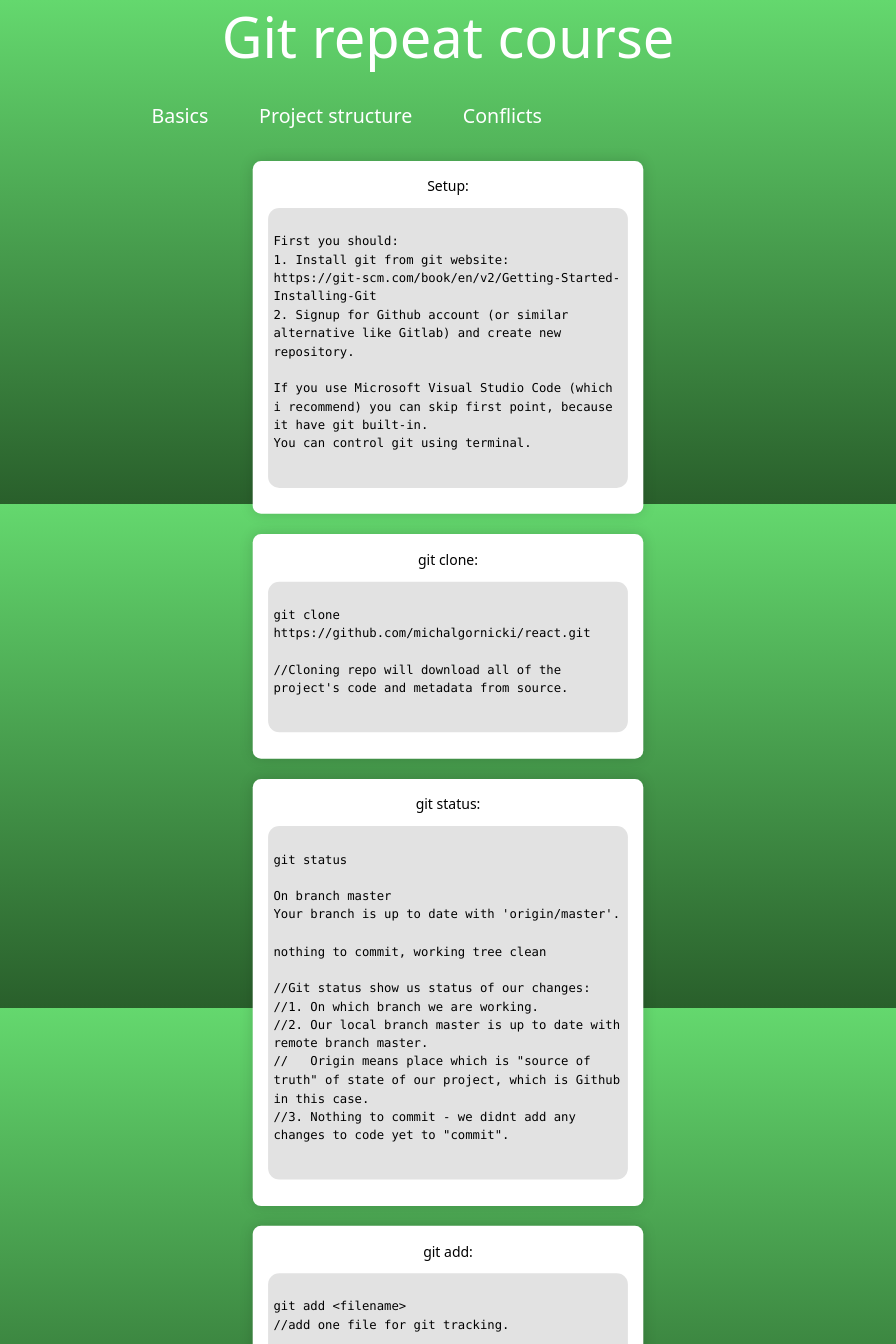
Repository: michalgornicki/git
Page: /#/
These files come from the project's save history. The page is drawn as it stood at one moment and after a run of saves; the edit follows.
The browser window is 1280 px wide. The pictures show the part of the page from y = 0 to 1920 px (the page is 10103 px tall), at 70% of full size.
Backgrounds fixed to the window are drawn as part of the page. The project was rebuilt for these pictures with package versions that can differ from the ones it lists, and the page was loaded fresh each time. Imported but missing from the stored project, and not drawn on this page: src/components/DOM manipulation.jsx, src/components/async.jsx, src/components/loops.jsx, src/components/numbers.jsx, src/components/variables.jsx, src/components/window.jsx.

Above is the page before, as saved 2022-02-10 13:30:35.

### src/App.jsx
import React from "react";
import "./App.css";
import "bootstrap/dist/css/bootstrap.min.css";
import { Route, HashRouter as Router, Routes, Link } from "react-router-dom";
import Arrays from "./components/arrays.jsx"
import Variables from "./components/variables.jsx"
import Numbers from "./components/numbers.jsx"
import Loops from "./components/loops.jsx"
import Async from "./components/async.jsx"
import DOM from "./components/DOM manipulation.jsx"
import Window from "./components/window.jsx"

function App() {


  return (


    <Router>
    <div className="text-center">
      <div className="display-1 mt-1 mb-5 text-white">Git repeat course</div>

      <div className="h3 d-flex w-75 m-auto my-5 justify-content-evenly flex-wrap text-white">

      <Link className="link-style mx-3" to="/">Basics</Link>
      <Link className="link-style mx-3" to="/Numbers">Project structure</Link>
      <Link className="link-style mx-3" to="/Variables">Conflicts</Link>
      <Link className="link-style mx-3" to="/Loops"></Link>
      <Link className="link-style mx-3" to="/Async"></Link>
      <Link className="link-style mx-3" to="/DOM"></Link>
      <Link className="link-style mx-3" to="/Window"></Link>


      </div>

      <Routes>
          <Route path="/" element={<Arrays />} />
          <Route path="/Numbers" element={<Numbers />} />
          <Route path="/Variables" element={<Variables />} />
          <Route path="/Loops" element={<Loops />} />
          <Route path="/Async" element={<Async />} />
          <Route path="/DOM" element={<DOM />} />
          <Route path="/Window" element={<Window />} />
        </Routes>


    </div>
    </Router>
  );
}

export default App;

### src/App.css
@import url('https://fonts.googleapis.com/css2?family=Catamaran:wght@400&display=swap');

body{
    font-family: 'Catamaran', sans-serif;
    overflow-x: hidden;
    padding-bottom: 80vh;
    height: auto;
    background: linear-gradient(rgb(100, 216, 110), rgb(41, 95, 43));
    background-attachment: fixed;
}

.js-item{
    color:rgb(0, 0, 0);
    font-size: 1.25rem;
    background-color: rgb(255, 255, 255);
    transition: 0.2s;
    padding: 3vh;
    margin-bottom: 4vh!important;
    width: 50%;
    margin-left: auto;
    margin-right: auto;
    box-shadow: 0px 0px 20px rgba(0, 0, 0, 0.15);
    border-radius: 0.75rem;
}

.text-pink{
    padding: 0.5rem;
    margin-top: 1rem;
    margin-bottom: 1rem;
    color:rgb(0, 0, 0)!important;
    font-size: 1.25rem;
    border-radius: 1rem;
    text-align: left;
    background-color: rgb(226, 226, 226);
}

pre {
    white-space: pre-wrap;       /* css-3 */
    white-space: -moz-pre-wrap;  /* Mozilla, since 1999 */
    white-space: -pre-wrap;      /* Opera 4-6 */
    white-space: -o-pre-wrap;    /* Opera 7 */
    word-wrap: break-word;       /* Internet Explorer 5.5+ */
   }

.link-style{
    color: inherit;
    text-decoration: inherit;
}

.link-style:hover{
    color: rgb(255, 138, 84);
}

@media only screen and (max-device-width: 600px), (max-width: 600px) {

    .js-item{
        width: 95%;
    }

}

### src/components/arrays.jsx
const Arrays = () => {
  return (
    <div className="container">
      <div className="js-item">
        {" "}
        <div className="">Setup: </div>
        <div className="text-pink">
          <pre>{`
First you should:
1. Install git from git website:
https://git-scm.com/book/en/v2/Getting-Started-Installing-Git
2. Signup for Github account (or similar alternative like Gitlab) and create new repository.

If you use Microsoft Visual Studio Code (which i recommend) you can skip first point, because it have git built-in.
You can control git using terminal.
          `}</pre>
        </div>
      </div>
      <div className="js-item">
        {" "}
        <div className="">git clone: </div>
        <div className="text-pink">
          <pre>{`
git clone https://github.com/michalgornicki/react.git

//Cloning repo will download all of the project's code and metadata from source.
          `}</pre>
        </div>
      </div>

      <div className="js-item">
        {" "}
        <div className="">git status: </div>
        <div className="text-pink">
          <pre>{`
git status

On branch master
Your branch is up to date with 'origin/master'.

nothing to commit, working tree clean

//Git status show us status of our changes:
//1. On which branch we are working.
//2. Our local branch master is up to date with remote branch master.
//   Origin means place which is "source of truth" of state of our project, which is Github in this case.
//3. Nothing to commit - we didnt add any changes to code yet to "commit".
          `}</pre>
        </div>
      </div>
      <div className="js-item">
        {" "}
        <div className="">git add: </div>
        <div className="text-pink">
          <pre>{`
git add <filename>
//add one file for git tracking.

git add
//add all files in working directory for git tracking.

//Git add is adding changes to "staging area".
//When we will add files for tracking, "git status" will return information about changes to be commited.
          `}</pre>
        </div>
      </div>

      <div className="js-item">
        {" "}
        <div className="">git commit: </div>
        <div className="text-pink">
          <pre>{`
git commit -m "add links to navigation"

//Git commit takes everything from the staging area and makes a "snapshot" of the current state of your repository that is associated with a unique identifier.
//We need to add detailed message to our commit with flag -m, to later identify what meaned each commit.
//After adding files for tracking, "git status" will return information about changes to be commited.
          `}</pre>
        </div>
      </div>

      <div className="js-item">
        {" "}
        <div className="">git log: </div>
        <div className="text-pink">
          <pre>{`

git log

commit 52451db1ff6f6e1d2a3c45dc51050ec6df550c0e (HEAD -> master, origin/master)
Author: Michal Gornicki <gornickimichal@gmail.com>
Date:   Wed Feb 9 12:56:32 2022 +0100

    add new items

commit 78a05f0907064f5dadd4de2284dc3b10f9e7a6a7
Author: Michal Gornicki <gornickimichal@gmail.com>
Date:   Wed Feb 9 12:15:36 2022 +0100

    add new hooks

//With this command we can see information about our latest commits.

          `}</pre>
        </div>
      </div>
      <div className="js-item">
        {" "}
        <div className="">git remote: </div>
        <div className="text-pink">
          <pre>{`

git remote
//List the remote connections you have to other repositories.

git remote -v
//Same as above but with URL links to each repository.

git remote add <name> <url>
//Create a new connection to a remote repository.


//Before we push our commit to remote repository we must add connection to it.

          `}</pre>
        </div>
      </div>

      <div className="js-item">
        {" "}
        <div className="">git push: </div>
        <div className="text-pink">
          <pre>{`

git push <remote destination> <branch>
git push origin master

Enumerating objects: 15, done.
Counting objects: 100% (15/15), done.
Delta compression using up to 8 threads
Compressing objects: 100% (9/9), done.
Writing objects: 100% (9/9), 1.29 KiB | 1.29 MiB/s, done.
Total 9 (delta 7), reused 0 (delta 0), pack-reused 0
remote: Resolving deltas: 100% (7/7), completed with 6 local objects.
To https://github.com/michalgornicki/javascript
   c1ef9d3..46b6abd  master -> master

//With this command we can push our changes from local directory to origin remote - Github repository.
//After "git push" we must specify remote branch where our commit will land.

          `}</pre>
        </div>
      </div>

      <div className="js-item">
        {" "}
        <div className="">git diff: </div>
        <div className="text-pink">
          <pre>{`

git diff

-  Effect hook execute function or functions after every render of its component.
+  Effect hook execute function or functions after every render of its component by default.

//This command shows changes between commits, commit and working tree, two files etc.

          `}</pre>
        </div>
      </div>

      <div className="js-item">
        {" "}
        <div className="">git checkout: </div>
        <div className="text-pink">
          <pre>{`

git checkout -b lower-branch

Switched to a new branch 'lower-branch'

git checkout master

Switched to a branch 'master'


//Use git checkout to switch branches or create new branch.
//Branch is a pointer to a specific timeline of the Git history.
//Creating branches is key feature for working in team, you can work on separate branch without affecting core of the project code.

          `}</pre>
        </div>
      </div>
      <div className="js-item">
        {" "}
        <div className="">git merge: </div>
        <div className="text-pink">
          <pre>{`

git merge lower-branch

Updating f5b6e2f..741822a
Fast-forward
 file.txt | 1 +
 1 file changed, 1 insertion(+)
 create mode 100644 file.txt

//This command try to merge content of selected branch into current branch.

          `}</pre>
        </div>
      </div>
      <div className="js-item">
        {" "}
        <div className="">git branch -D: </div>
        <div className="text-pink">
          <pre>{`

git branch -D lower-branch

Deleted branch lower-branch (was 741822a).


//After merging our branch to master branch we can delete it with this command.

          `}</pre>
        </div>
      </div>
      <div className="js-item">
        {" "}
        <div className="">Create pull request: </div>
        <div className="text-pink">
          <pre>{`

//After pushing new branch to remote you can create new pull request on Github.
//After creating pull request anyone with push access to the repository can complete the merge your pulled request into master branch.

          `}</pre>
        </div>
      </div>
      <div className="js-item">
        {" "}
        <div className="">git restore: </div>
        <div className="text-pink">
          <pre>{`

git restore <filename>
//Restore state of single file.

git restore .
//Restore state of all files in working directory.

git restore --staged <filename>
//Unstage file.

//git restore is used to restore/discard the uncommitted local changes of files.
//It also can be used for unstage files (revert git add).
//This command returns state of local directory to last commit state.

          `}</pre>
        </div>
      </div>
      <div className="js-item">
        {" "}
        <div className="">git fetch: </div>
        <div className="text-pink">
          <pre>{`

git fetch
//This command downloads new information from the remote about the status of the repo.

git status

On branch master
Your branch is behind 'origin/master' by 2 commits, and can be fast-forwarded.
  (use "git pull" to update your local branch)

nothing to commit, working tree clean

//After git fetch when we use git status we can check if our local branch is behind remote branch.
//We can receive instruction to use git pull to update local files.

          `}</pre>
        </div>
      </div>
      <div className="js-item">
        {" "}
        <div className="">git pull: </div>
        <div className="text-pink">
          <pre>{`

git pull

//The git pull command is a shorthand for running two commands: git fetch followed by a git merge.
// Use this command to update files on local branch from remote.

          `}</pre>
        </div>
      </div>
    </div>
  );
};

export default Arrays;

Loaded but not shown: public/index.html (common file); src/index.js (common file); src/index.css (common file); src/reportWebVitals.js (common file)

After the next 2 saves:
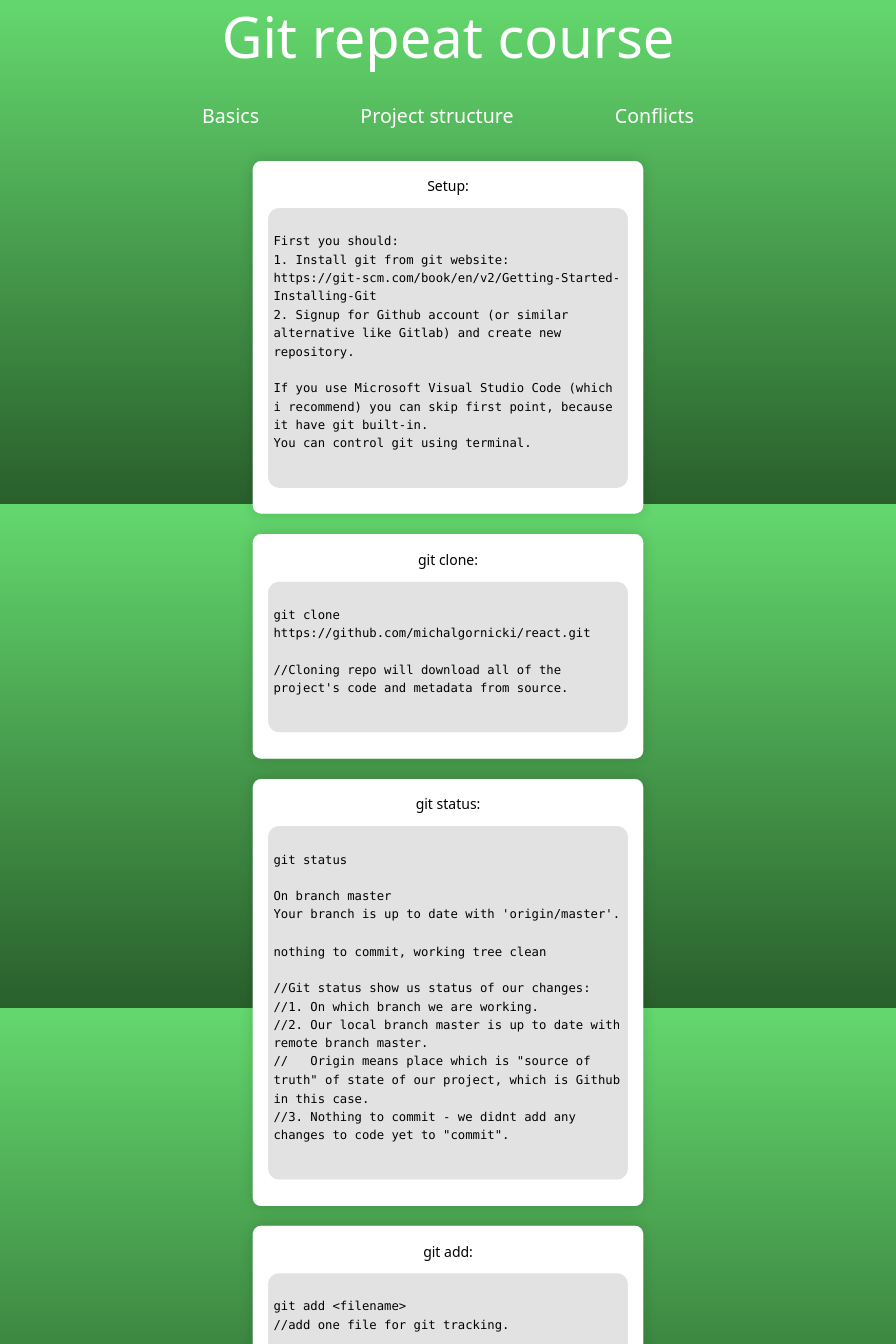
The 2 saves are shown as one change because they came seconds apart.
The last was saved 6 s later.
--- a/src/App.jsx
+++ b/src/App.jsx
@@ -25,10 +25,6 @@ function App() {
       <Link className="link-style mx-3" to="/">Basics</Link>
       <Link className="link-style mx-3" to="/Numbers">Project structure</Link>
       <Link className="link-style mx-3" to="/Variables">Conflicts</Link>
-      <Link className="link-style mx-3" to="/Loops"></Link>
-      <Link className="link-style mx-3" to="/Async"></Link>
-      <Link className="link-style mx-3" to="/DOM"></Link>
-      <Link className="link-style mx-3" to="/Window"></Link>
 
 
       </div>
